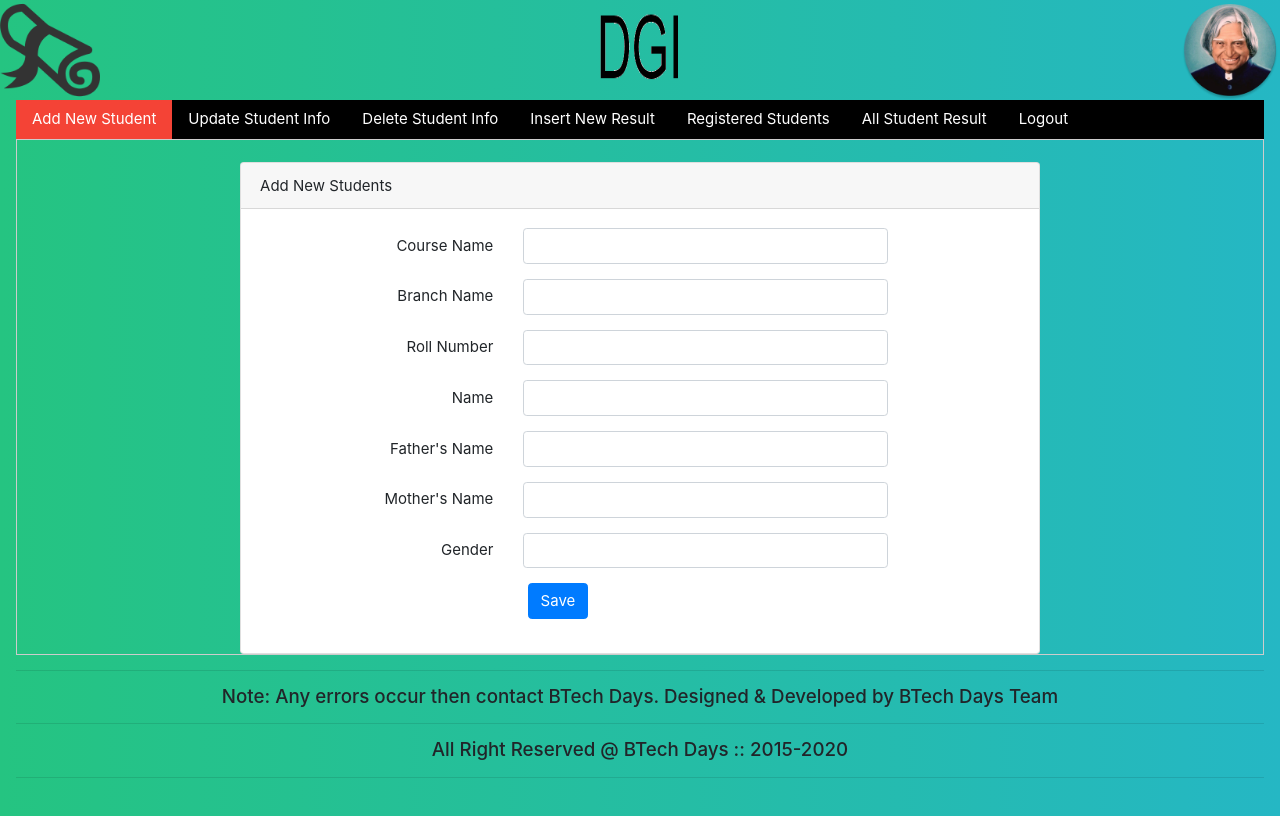
Repository: AlkaDas991/Dbms
Page: http://localhost/Student_Record_Management/adminHome.jsp
These files come from the project's save history. The page is drawn as it stood at one moment and after the next save; the edit follows.
The browser window is 1280 px wide. The pictures show the whole page.
Some web fonts or font styles are not loaded; a fallback is used. Some web libraries are served in a nearby version. The page is served by Tomcat 9. Other server files are loaded and not shown. Queries for data that is not in the repository find no rows.

Above is the page before, as saved 2021-03-12 06:20:54.
Console error: TypeError: Cannot read properties of undefined (reading 'fn')

### Student Record Management/WebContent/adminHome.jsp
<%@include file="header.html"%>
<!DOCTYPE html>
<html>
<title>DGI</title>
<body>
<img src="logo.png"  align="left"width="100" height="100">
<center><img src="dgi.png" width="100" height="100">
<img src="apj sir.png" align="right"  width="100" height="100"></center>
<div class="w3-container">
  <div class="w3-bar w3-black">
    <button class="w3-bar-item w3-button tablink w3-red" onclick="openCity(event,'London')">Add New Student</button>
    <button class="w3-bar-item w3-button tablink" onclick="openCity(event,'Delhi')">Update Student Info</button>
    <button class="w3-bar-item w3-button tablink" onclick="openCity(event,'Beijing')">Delete Student Info</button>
    <button class="w3-bar-item w3-button tablink" onclick="openCity(event,'Paris')">Insert New Result</button>
    <button class="w3-bar-item w3-button tablink" onclick="openCity(event,'Tokyo')">Registered Students</button>
     <button class="w3-bar-item w3-button tablink" onclick="openCity(event,'Tokyo1')">All Student Result</button>
     <a href="adminLogin.jsp" class="w3-bar-item w3-button tablink">Logout</a>
  </div>

  <div id="London" class="w3-container w3-border city">
  <br>
   <link href="//maxcdn.bootstrapcdn.com/bootstrap/4.1.1/css/bootstrap.min.css" rel="stylesheet" id="bootstrap-css">
<script src="//maxcdn.bootstrapcdn.com/bootstrap/4.1.1/js/bootstrap.min.js"></script>
<script src="//cdnjs.cloudflare.com/ajax/libs/jquery/3.2.1/jquery.min.js"></script>
<!------ Alright Include the above in your HEAD tag ---------->

<!doctype html>
<html lang="en">
<head>
    <!--OK Required meta tags -->
    <meta charset="utf-8">
    <meta name="viewport" content="width=device-width, initial-scale=1, shrink-to-fit=no">

    <!-- Fonts -->
    <link rel="dns-prefetch" href="https://fonts.gstatic.com">
    <link href="https://fonts.googleapis.com/css?family=Raleway:300,400,600" rel="stylesheet" type="text/css">



    <link rel="icon" href="Favicon.png">

    <!-- Bootstrap CSS -->
    <link rel="stylesheet" href="https://stackpath.bootstrapcdn.com/bootstrap/4.1.3/css/bootstrap.min.css">
</head>
<body>
<main class="my-form">
    <div class="cotainer">
        <div class="row justify-content-center">
            <div class="col-md-8">
                    <div class="card">
                        <div class="card-header">Add New Students</div>
                        <div class="card-body">
                            <form name="my-form" onsubmit="return validform()" action="addNewStudent.jsp" method="post">
                                <div class="form-group row">
                                    <label for="full_name" class="col-md-4 col-form-label text-md-right">Course Name</label>
                                    <div class="col-md-6">
                                        <input type="text"  class="form-control" name="course">
                                    </div>
                                </div>

                                <div class="form-group row">
                                    <label for="email_address" class="col-md-4 col-form-label text-md-right">Branch Name</label>
                                    <div class="col-md-6">
                                        <input type="text"  class="form-control" name="branch">
                                    </div>
                                </div>

                                <div class="form-group row">
                                    <label for="user_name" class="col-md-4 col-form-label text-md-right">Roll Number</label>
                                    <div class="col-md-6">
                                        <input type="text" class="form-control" name="rollNo">
                                    </div>
                                </div>

                                <div class="form-group row">
                                    <label for="phone_number" class="col-md-4 col-form-label text-md-right">Name</label>
                                    <div class="col-md-6">
                                        <input type="text"  class="form-control" name="name">
                                    </div>
                                </div>

                                <div class="form-group row">
                                    <label for="present_address" class="col-md-4 col-form-label text-md-right">Father's Name</label>
                                    <div class="col-md-6">
                                        <input type="text"  class="form-control" name="fatherName">
                                    </div>
                                </div>

                                <div class="form-group row">
                                    <label for="present_address" class="col-md-4 col-form-label text-md-right">Mother's Name</label>
                                    <div class="col-md-6">
                                        <input type="text"  class="form-control" name="motherName">
                                    </div>
                                </div>

                                <div class="form-group row">
                                    <label for="permanent_address" class="col-md-4 col-form-label text-md-right">Gender</label>
                                    <div class="col-md-6">
                                        <input type="text" class="form-control" name="gender">
                                    </div>
                                </div>

                                    <div class="col-md-6 offset-md-4">
                                        <button type="submit" class="btn btn-primary">
                                        Save
                                        </button>
                                    </div>

                            </form>
                        </div>
                    </div>
            </div>
        </div>
    </div>
</main>

<script src="https://code.jquery.com/jquery-3.3.1.slim.min.js"></script>
<script src="https://cdnjs.cloudflare.com/ajax/libs/popper.js/1.14.3/umd/popper.min.js"></script>
<script src="https://stackpath.bootstrapcdn.com/bootstrap/4.1.3/js/bootstrap.min.js"></script>
</body>
  </div>

  <div id="Paris" class="w3-container w3-border city" style="display:none">
  <br>
  <link href="//maxcdn.bootstrapcdn.com/bootstrap/4.1.1/css/bootstrap.min.css" rel="stylesheet" id="bootstrap-css">
<script src="//maxcdn.bootstrapcdn.com/bootstrap/4.1.1/js/bootstrap.min.js"></script>
<script src="//cdnjs.cloudflare.com/ajax/libs/jquery/3.2.1/jquery.min.js"></script>
<!------ Include the above in your HEAD tag ---------->

<!doctype html>
<html lang="en">
<head>
    <!-- Required meta tags -->
    <meta charset="utf-8">
    <meta name="viewport" content="width=device-width, initial-scale=1, shrink-to-fit=no">

    <!-- Fonts -->
    <link rel="dns-prefetch" href="https://fonts.gstatic.com">
    <link href="https://fonts.googleapis.com/css?family=Raleway:300,400,600" rel="stylesheet" type="text/css">



    <link rel="icon" href="Favicon.png">

    <!-- Bootstrap CSS -->
    <link rel="stylesheet" href="https://stackpath.bootstrapcdn.com/bootstrap/4.1.3/css/bootstrap.min.css">

</head>
<body>
<main class="my-form">
    <div class="cotainer">
        <div class="row justify-content-center">
            <div class="col-md-8">
                    <div class="card">
                        <div class="card-header">Insert New Result</div>
                        <div class="card-body">
                            <form name="my-form" onsubmit="return validform()" action="insertNewResult.jsp" method="">
                                <div class="form-group row">
                                    <label for="full_name" class="col-md-4 col-form-label text-md-right">Roll Number</label>
                                    <div class="col-md-6">
                                        <input type="text"class="form-control" name="rollNo">
                                    </div>
                                </div>

                                <div class="form-group row">
                                    <label for="email_address" class="col-md-4 col-form-label text-md-right">DAA</label>
                                    <div class="col-md-6">
                                        <input type="text"  class="form-control" name="DAA">
                                    </div>
                                </div>

                                <div class="form-group row">
                                    <label for="user_name" class="col-md-4 col-form-label text-md-right">DBMS</label>
                                    <div class="col-md-6">
                                        <input type="text"  class="form-control" name="DBMS">
                                    </div>
                                </div>

                                <div class="form-group row">
                                    <label for="phone_number" class="col-md-4 col-form-label text-md-right">COA</label>
                                    <div class="col-md-6">
                                        <input type="text"  class="form-control" name="COA">
                                    </div>
                                </div>

                                <div class="form-group row">
                                    <label for="present_address" class="col-md-4 col-form-label text-md-right">Discrete Maths</label>
                                    <div class="col-md-6">
                                        <input type="text"  class="form-control" name="DM">
                                    </div>
                                </div>

                                <div class="form-group row">
                                    <label for="permanent_address" class="col-md-4 col-form-label text-md-right">AMC</label>
                                    <div class="col-md-6">
                                        <input type="text"  class="form-control" name="AMC">
                                    </div>
                                </div>

                                 <div class="form-group row">
                                    <label for="permanent_address" class="col-md-4 col-form-label text-md-right">Communication Skills</label>
                                    <div class="col-md-6">
                                        <input type="text"  class="form-control" name="CS">
                                    </div>
                                </div>


                                    <div class="col-md-6 offset-md-4">
                                        <button type="submit" class="btn btn-primary">
                                       Save
                                        </button>
                                    </div>

                            </form>
                        </div>
                    </div>
            </div>
        </div>
        <br>
    </div>

</main>

<script src="https://code.jquery.com/jquery-3.3.1.slim.min.js"></script>
<script src="https://cdnjs.cloudflare.com/ajax/libs/popper.js/1.14.3/umd/popper.min.js"></script>
<script src="https://stackpath.bootstrapcdn.com/bootstrap/4.1.3/js/bootstrap.min.js"></script>
</body>
</html>
  </div>

  <div id="Tokyo" class="w3-container w3-border city" style="display:none">

<section>
  <!--for demo wrap-->
  <div class="tbl-header">
    <table cellpadding="0" cellspacing="0" border="0">
      <thead>
        <tr>
         <th>Course Name</th>
          <th>Branch Name</th>
          <th>Roll Number</th>
          <th>Name</th>
          <th>Father Name</th>
          <th>Gender</th>
        </tr>
      </thead>
    </table>
  </div>
  <div class="tbl-content">
    <table cellpadding="0" cellspacing="0" border="0">
      <tbody>
      	<%@page import = "Project.ConnectionProvider" %>
      	<%@page import = "java.sql.*" %>
      	<%
      		try{
      			Connection con = ConnectionProvider.getCon();
      			Statement st = con.createStatement();
      			ResultSet rs = st.executeQuery("select * from student");
      			while(rs.next()){

      	%>
        <tr>
        <!--get values from each column  -->
          <td><%=rs.getString(1)%></td>
          <td><%=rs.getString(2)%></td>
          <td><%=rs.getString(3)%></td>
          <td><%=rs.getString(4)%></td>
          <td><%=rs.getString(5)%></td>
          <td><%=rs.getString(6)%></td>
        </tr>
      </tbody>
      <%}}
      	catch(Exception e){

      	}
      %>
    </table>
  </div>
</section>
</div>
<div id="Tokyo1" class="w3-container w3-border city" style="display:none">

<section>
  <!--for demo wrap-->
  <div class="tbl-header">
    <table cellpadding="0" cellspacing="0" border="0">
      <thead>
        <tr>
          <th>Roll Number</th>
          <th>DAA</th>
          <th>DBMS</th>
          <th>COA</th>
          <th>DM</th>
          <th>AMC</th>
          <th>CS</th>
        </tr>
      </thead>
    </table>
  </div>
  <div class="tbl-content">
    <table cellpadding="0" cellspacing="0" border="0">
      <tbody>
      <%@page import = "Project.ConnectionProvider" %>
      <%@page import = "java.sql.*" %>
      <%
      	try{
      		Connection con = ConnectionProvider.getCon();
    		Statement st = con.createStatement();
    		ResultSet rs = st.executeQuery("select * from result");
      		while(rs.next()){
      %>
        <tr>
          <td><%=rs.getString(1)%></td>
          <td><%=rs.getString(2)%></td>
          <td><%=rs.getString(3)%></td>
          <td><%=rs.getString(4)%></td>
          <td><%=rs.getString(5)%></td>
          <td><%=rs.getString(6)%></td>
          <td><%=rs.getString(7)%></td>
        </tr>
      <%}}
      catch(Exception e){}
      %>
      </tbody>
    </table>
  </div>
</section>

</div>
    <hr class="new1">
  <center><h5>Note: Any errors occur then contact BTech Days.
Designed & Developed by BTech Days Team</h5></center>
  <hr class="new1">
<center><h5>All Right Reserved @ BTech Days :: 2015-2020</h5></center>
  <hr class="new1">
<br>
</body>
</html>

### Student Record Management/src/Project/ConnectionProvider.java
package Project;
import java.sql.*;
public class ConnectionProvider {
	public static Connection getCon() {
		try {
			Class.forName("oracle.jdbc.driver.OracleDriver");
			Connection con = DriverManager.getConnection("jdbc:oracle:thin:@localhost:1521:XE","system","manager");
			return con;
		}
		catch(Exception e){
			System.out.println(e);
			return null;
		}
	}
}

Loaded but not shown: Student Record Management/WebContent/header.html (355 lines, source omitted)

After the next save:
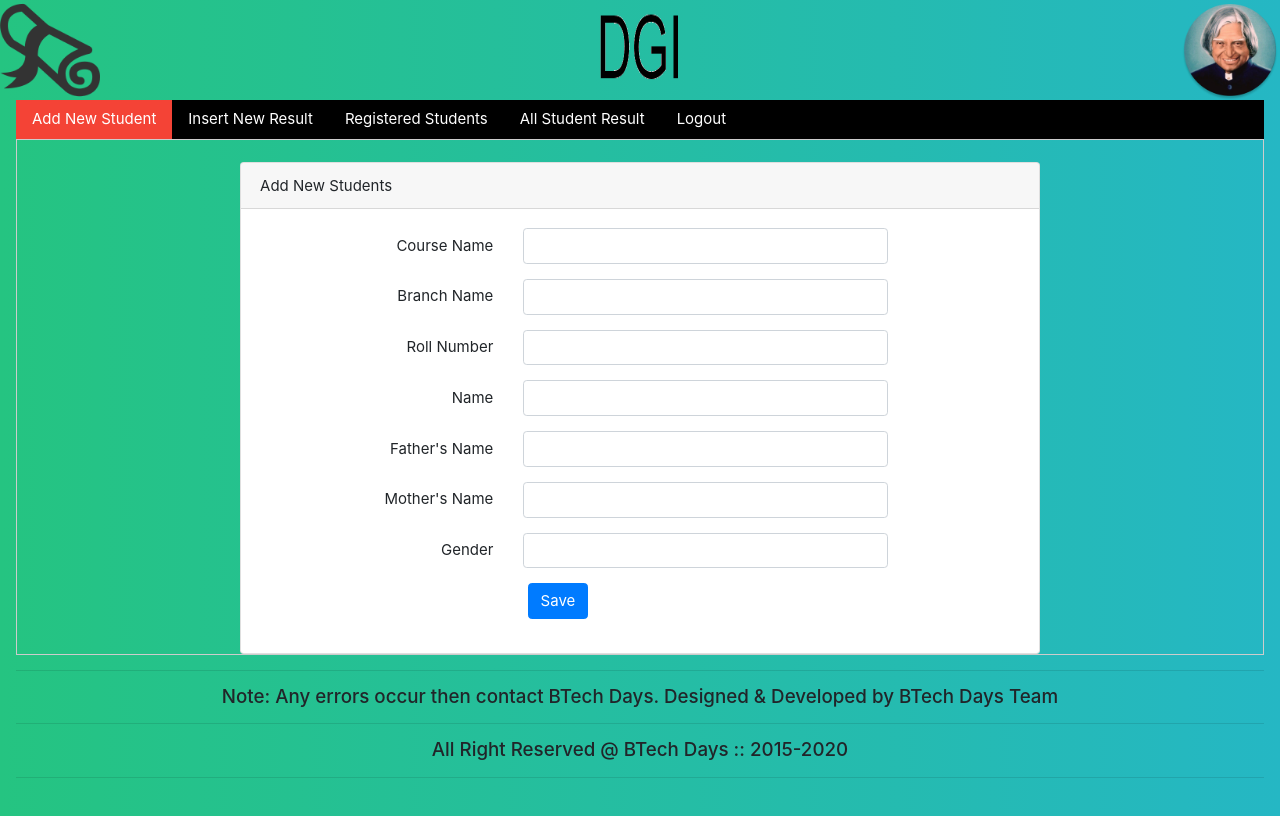
Saved 70 min 16 s later.
--- a/Student Record Management/WebContent/adminHome.jsp
+++ b/Student Record Management/WebContent/adminHome.jsp
@@ -9,8 +9,7 @@
 <div class="w3-container">
   <div class="w3-bar w3-black">
     <button class="w3-bar-item w3-button tablink w3-red" onclick="openCity(event,'London')">Add New Student</button>
-    <button class="w3-bar-item w3-button tablink" onclick="openCity(event,'Delhi')">Update Student Info</button>
-    <button class="w3-bar-item w3-button tablink" onclick="openCity(event,'Beijing')">Delete Student Info</button>
+
     <button class="w3-bar-item w3-button tablink" onclick="openCity(event,'Paris')">Insert New Result</button>
     <button class="w3-bar-item w3-button tablink" onclick="openCity(event,'Tokyo')">Registered Students</button>
      <button class="w3-bar-item w3-button tablink" onclick="openCity(event,'Tokyo1')">All Student Result</button>
